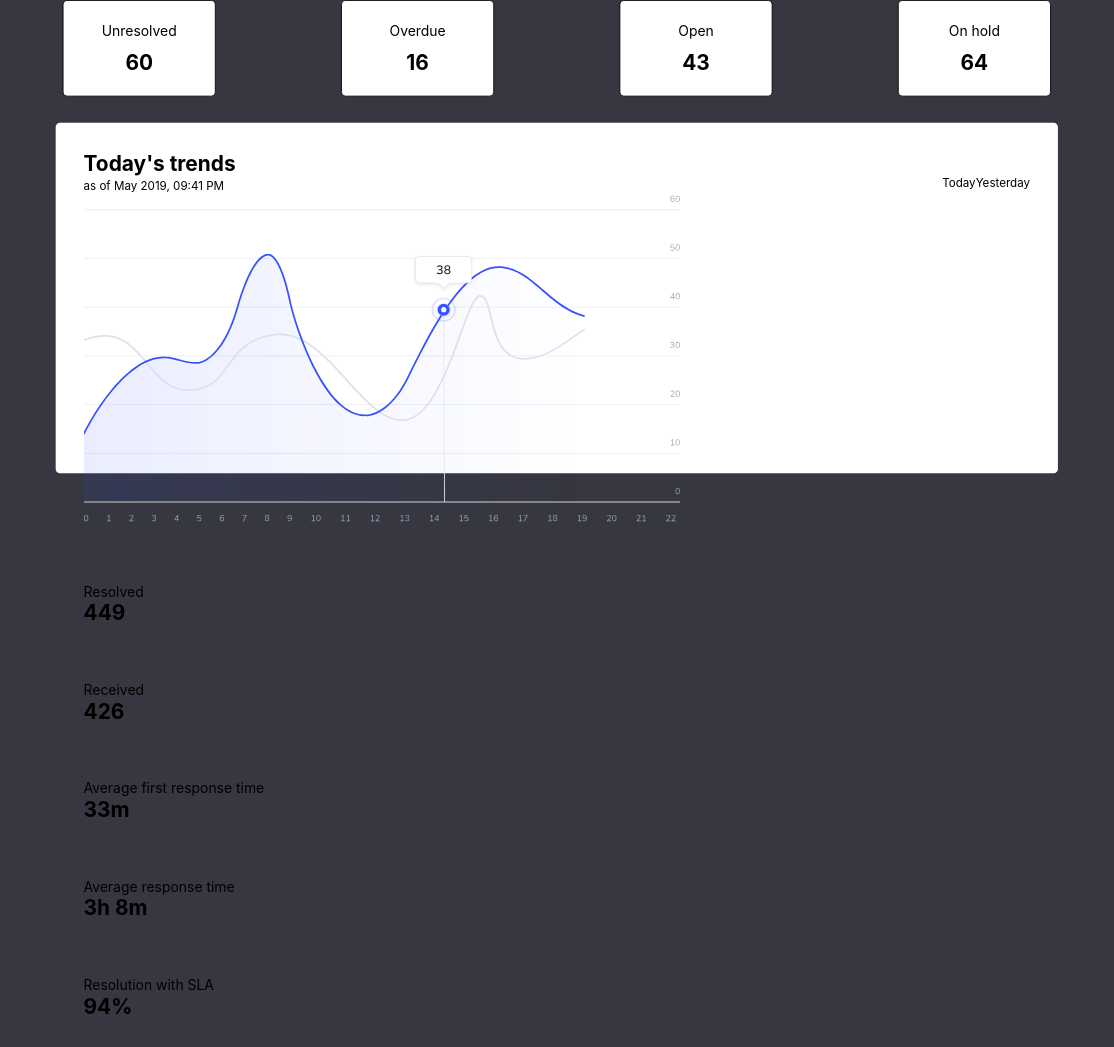
Repository: BuduCE/dashboard
Page: /
These files come from the project's save history. The page is drawn as it stood at one moment and after the next save; the edit follows.
The browser window is 1280 px wide. The pictures show the whole page, at 87% of full size.
Some web libraries are served in a nearby version. The project was rebuilt for these pictures with package versions that can differ from the ones it lists, and the page was loaded fresh each time.

Above is the page before, as saved 2022-08-03 23:22:13.

After the next save:
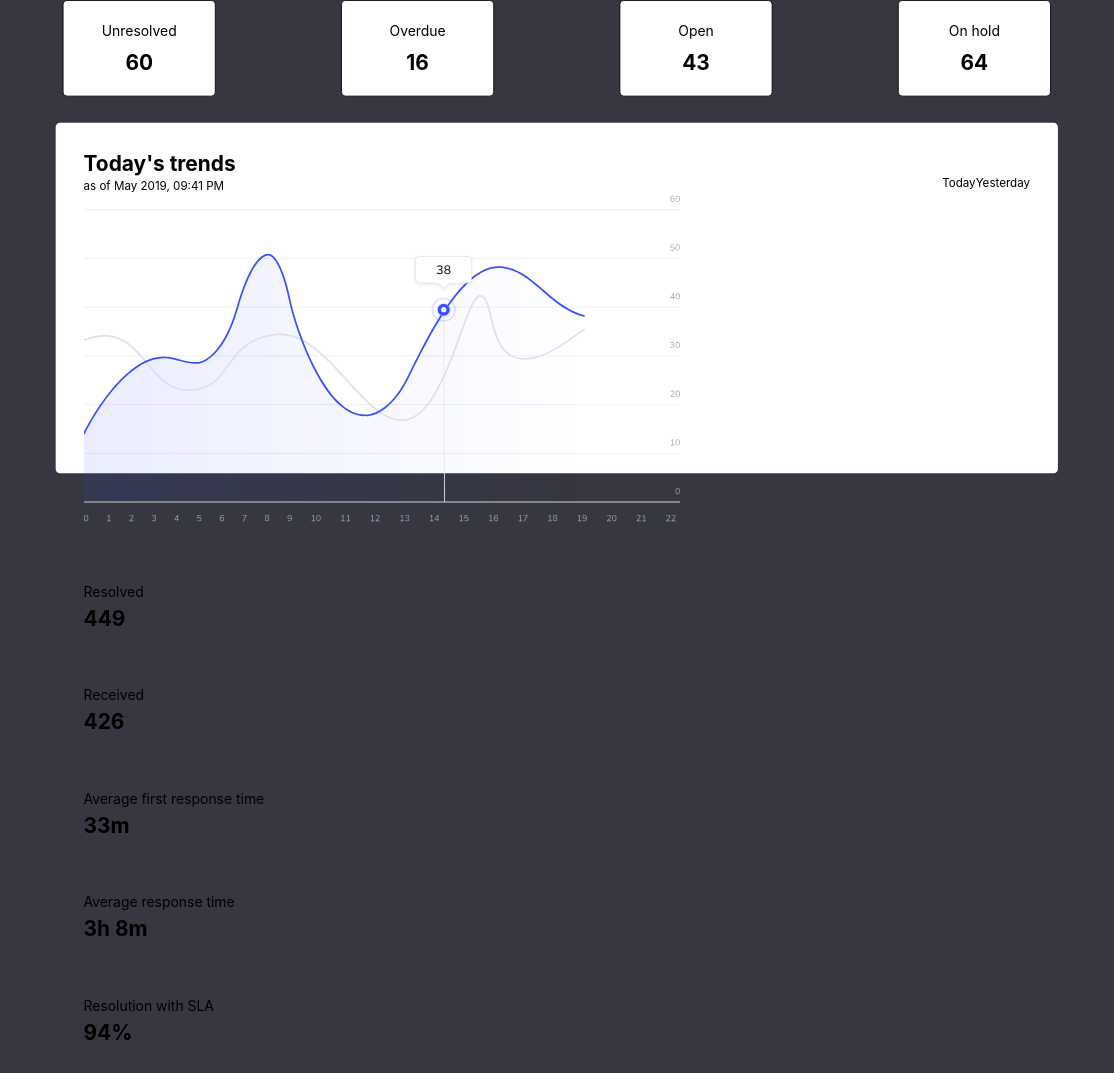
Saved 3 s later.
--- a/src/pages/Overview/styles.css
+++ b/src/pages/Overview/styles.css
@@ -53,5 +53,5 @@
     padding: 32px;
 }
 .summary_type p{
-    margin-bottom:
+    margin-bottom: 6px;
 }
